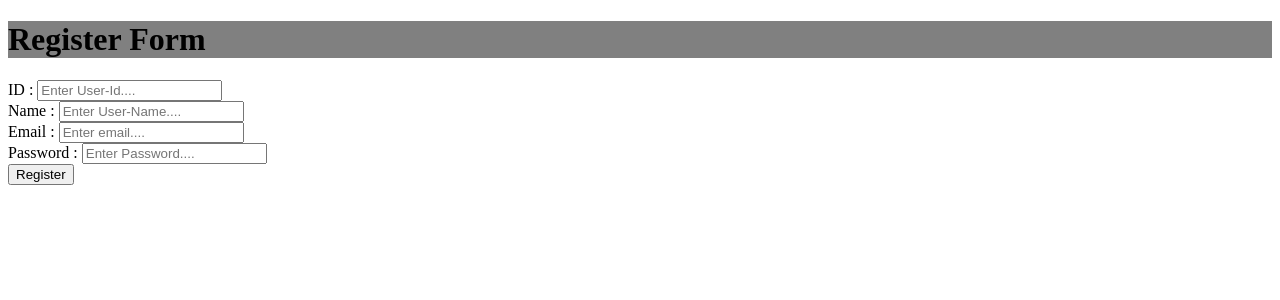
Repository: abhinavk718/servlet-project
Page: empwebapp/WebContent/register.html
These files come from the project's save history. The page is drawn as it stood at one moment and after the next save; the edit follows.
The browser window is 1280 px wide. The pictures show the whole page.

Above is the page before, as saved 2019-11-15 08:38:50.

After the next save:
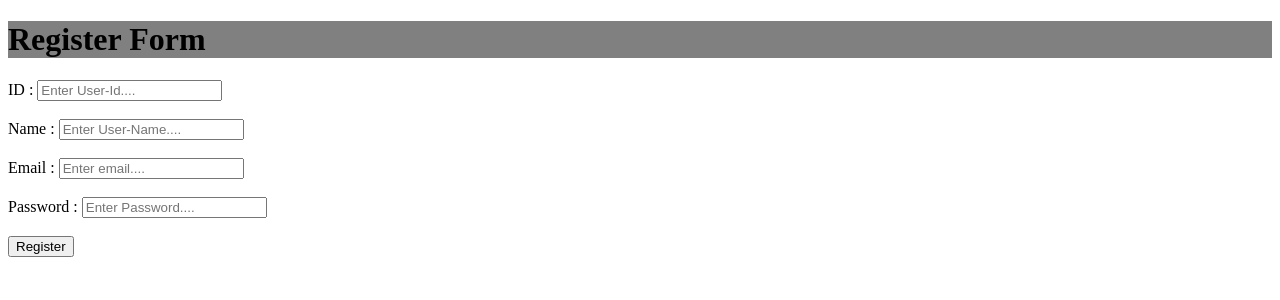
Saved 49 s later.
--- a/empwebapp/WebContent/register.html
+++ b/empwebapp/WebContent/register.html
@@ -10,15 +10,19 @@
     <div class="formgroup">
        ID : <input type="text" name="id"class="form-control mb-1" placeholder="Enter User-Id....">
     </div>
+    <br>
     <div class="formgroup">
        Name : <input type="text" name="name"class="form-control mb-1" placeholder="Enter User-Name....">
     </div>
+    <br>
     <div class="formgroup">
       Email :  <input type="text" name="email"class="form-control mb-1" placeholder="Enter email....">
     </div>
+    <br>
     <div class="formgroup">
        Password : <input type="password" name="password" class="form-control mb-1" placeholder="Enter Password....">
     </div>
+    <br>
     <div class="formgroup">
         <button type="submit" class="btn btn-primary float-right mb-1" >Register</button>
     </div>
